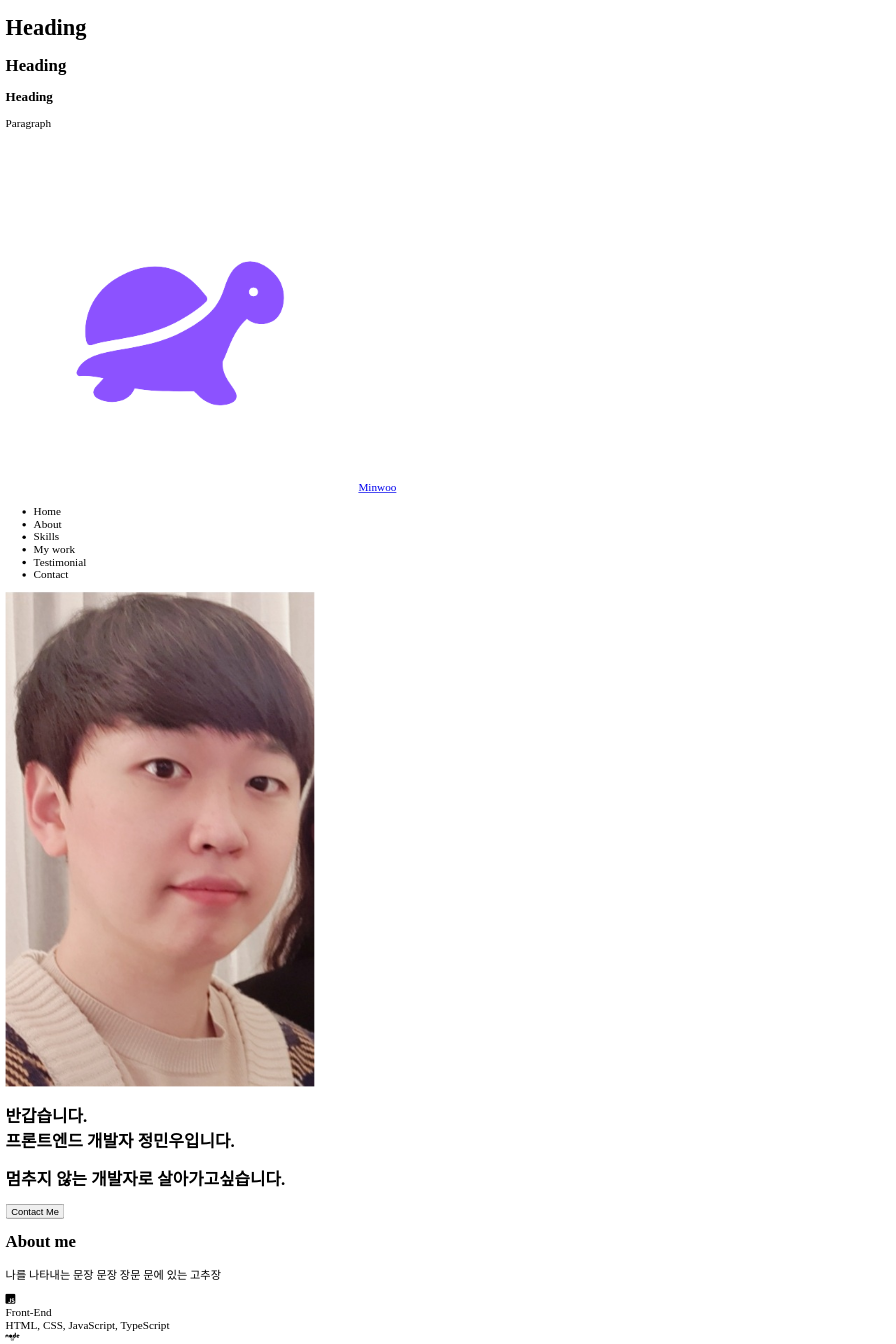
Repository: DevMinwoo-Jung/MinwooPortfolio
Page: index.html
An editor plug-in stored every save of this project. The page is shown before and after the next save, followed by the edit.
The browser window is 1280 px wide. The pictures show the part of the page from y = 0 to 1920 px (the page is 7226 px tall before and 7084 px after), at 70% of full size.

Above is the page before, as saved 2021-05-31 13:49:39.

### index.html
<!DOCTYPE html>
<html lang="en">
<head>
  <meta charset="UTF-8">
  <meta http-equiv="X-UA-Compatible" content="IE=edge">
  <meta name="viewport" content="width=device-width, initial-scale=1.0">
  <title>Minwoo's Portfolio</title>
  <meta name="description" content="(will be) world-renowned Front-End Web developer Minwoo">
  <meta name="author" content= "Minwoo Jung">
  <link rel="icon" type ="image/png" href="imgs/favicon.png">
  <link rel="stylesheet" href="https://use.fontawesome.com/releases/v5.15.3/css/all.css" integrity="sha384-SZXxX4whJ79/gErwcOYf+zWLeJdY/qpuqC4cAa9rOGUstPomtqpuNWT9wdPEn2fk" crossorigin="anonymous">
  <link rel="preconnect" href="https://fonts.gstatic.com">
<link href="https://fonts.googleapis.com/css2?family=Open+Sans:wght@400;600;700&display=swap" rel="stylesheet">
<link rel="stylesheet" href="style.css">
<script src="main.js" defer></script>
</head>
<body>
  <h1>Heading</h1>
  <h2>Heading</h2>
  <h3>Heading</h3>
  <p>Paragraph</p>
  <!-- Navbar -->
  <nav id="navbar">
    <div class="navbar__logo">
      <img src="imgs/favicon.png" alt="">
      <a href="#">Minwoo</a>
    </div>
      <ul class="nvabar__menu">
        <li class="navbar__menu__item">Home</li>
        <li class="navbar__menu__item">About</li>
        <li class="navbar__menu__item">Skills</li>
        <li class="navbar__menu__item">My work</li>
        <li class="navbar__menu__item">Testimonial</li>
        <li class="navbar__menu__item">Contact</li>
      </ul>
  </nav>
  <!-- Home -->
  <section id="home">
    <img src="imgs/myPhoto.jpg" alt="Minwoo's profile photo" class="home__avatar">
    <h1 class="home__title">반갑습니다. <br> 프론트엔드 개발자 정민우입니다.</h1>
    <h2 class="home__description">멈추지 않는 개발자로 살아가고싶습니다.</h2>
    <button class="home__contact">Contact Me</button>
  </section>
  <!-- About -->
  <section id="about">
    <h1>About me</h1>
    <p>나를 나타내는 문장 문장 장문 문에 있는 고추장</p>
    <div class="about__majors">
      <div class="major">
        <div class="major__icon">
          <i class="fab fa-js-square"></i>
        </div>
        <div class="major__title">Front-End</div>
        <div class="major__description">
          HTML, CSS, JavaScript, TypeScript
        </div>
      </div>
      <div class="major">
        <div class="major__icon">
          <i class="fab fa-node"></i>
        </div>
        <div class="major__title">Back-End</div>
        <div class="major__description">
          HTML, CSS, JavaScript, TypeScript
        </div>
      </div>
      <div class="major">
        <div class="major__icon">
          <i class="fab fa-react"></i>
        </div>
        <div class="major__title">Framework</div>
        <div class="major__description">
          HTML, CSS, JavaScript, TypeScript
        </div>
      </div>
    </div>
    <div class="aoubt__jobs">
      <img src="imgs/school.png" alt="" class="job__logo">
      <p class="job__period">쌍용교육센터 - 2019.09 ~ 2020.04</p>
      <img src="imgs/school.png" alt="" class="job__logo">
      <p class="job__period">호서대학교 - 2012.02 ~ 2017.02</p>
    </div>



  </section>
  <!-- Skills -->
  <section id="skills">
    <h1>Skills</h1>
    <h2>Skills & Attributes</h2>
    <p>
      나를 잘 포장할 말을 쓰면 된다
    </p>
    <div class="skillset">
      <div class="skillset__left">
        <h3 class="skillset__title">Skills</h3>
        <div class="skill">
          <div class="skill__description">
            <span>HTML</span>
            <span>90%</span>
          </div>
          <div class="skill__bar">
            <div class="skill__value"></div>
          </div>
        </div>
        <div class="skill">
          <div class="skill__description">
            <span>JavaScript</span>
            <span>90%</span>
          </div>
          <div class="skill__bar">
            <div class="skill__value"></div>
          </div>
        </div>
        <div class="skill">
          <div class="skill__description">
            <span>CSS</span>
            <span>90%</span>
          </div>
          <div class="skill__bar">
            <div class="skill__value"></div>
          </div>
        </div>
        <div class="skill">
          <div class="skill__description">
            <span>TypeScript</span>
            <span>90%</span>
          </div>
          <div class="skill__bar">
            <div class="skill__value"></div>
          </div>
        </div>
        <div class="skill">
          <div class="skill__description">
            <span>NodeJs</span>
            <span>90%</span>
          </div>
          <div class="skill__bar">
            <div class="skill__value"></div>
          </div>
        </div>
      </div>
      <div class="skillset__right">
        <div class="tools">
          <h3 class="skillset__title">Tools</h3>
          <ul class="tools__list">
            <li><span>Visual Studio Code</span></li>
            <li><span>1</span></li>
            <li><span>2</span></li>
            <li><span>3</span></li>
            <li><span>4</span></li>
          </ul>
        </div>
        <div class="etc">
          <h3 class="skillset__title">Etc</h3>
          <ul class="etc__list">
            <li><span>Git</span></li>
            <li><span>Etc</span></li>
          </ul>
        </div>
      </div>
    </div>
  </section>
  <!-- Work -->
  <section id="work">
    <h1>My work</h1>
    <h3>Projects</h3>
    <div class="work__categories">
      <button class="category__btn">All <span class="category__count">8</span></button>
      <button class="category__btn">Front-End <span class="category__count">3</span></button>
      <button class="category__btn">React <span class="category__count">2</span></button>
      <button class="category__btn">vanilaJs <span class="category__count">2</span></button>
      <button class="category__btn">nodeJs <span class="category__count">1</span></button>
    </div>
    <div class="wrok__projects">
      <a href="mygithub" class="project__img" target="blank" data-type="back-end">
      <img src="imgs/favicon.png" alt="project1">
      <!-- 이미지 추후에 넣자 -->
      <div class="project__description">
        <h3>Proejct</h3>
        <span>Clone coding with HTML and CSS</span>
      </div>
      </a>
      <a href="mygithub" class="project__img" target="blank" data-type="back-end">
        <img src="imgs/favicon.png" alt="project1">
        <!-- 이미지 추후에 넣자 -->
        <div class="project__description">
          <h3>Proejct</h3>
          <span>Clone coding with HTML and CSS</span>
        </div>
        </a>
        <a href="mygithub" class="project__img" target="blank" data-type="back-end">
          <img src="imgs/favicon.png" alt="project1">
          <!-- 이미지 추후에 넣자 -->
          <div class="project__description">
            <h3>Proejct</h3>
            <span>Clone coding with HTML and CSS</span>
          </div>
          </a>
          <a href="mygithub" class="project__img" target="blank" data-type="back-end">
            <img src="imgs/favicon.png" alt="project1">
            <!-- 이미지 추후에 넣자 -->
            <div class="project__description">
              <h3>Proejct</h3>
              <span>Clone coding with HTML and CSS</span>
            </div>
            </a>
    </div>
  </section>
  <!-- Testimonials -->
  <section id="testimonials">
    <h1>Testmonials</h1>
    <h3>See what they say about me</h3>
    <div class="testmonials">
      <div class="testimonial">
        <img src="imgs/testimonail/people.jpg" alt="" class="testimonial__avatar">
        <div class="testimonail__speech-bubble">
          <p>qmffkqmffk</p>
          <p class="name"><a href="">이름</a>일한곳</p>
        </div>
      </div>
      <div class="testimonial">
        <img src="imgs/testimonail/people.jpg" alt="" class="testimonial__avatar">
        <div class="testimonail__speech-bubble">
          <p>qmffkqmffk</p>
          <p class="name"><a href="">이름</a>일한곳</p>
        </div>
      </div>
    </div>
  </section>
  <!-- Contact -->
  <section id="contact">
    <h1 class="contact__title">Let's talk</h1>
    <h2 class="contact__email">applejung312@gmail.com</h2>
    <div class="contact__links">
      <a href="https://github.com/DevMinwoo-Jung" target="_blank">
        <i class="fab fa-github"></i>
      </a>
      <a href="https://dev-minwoo.tistory.com/" target="_blank">
        <i class="fas fa-blog"></i>
      </a>
    </div>
    <p class="contact__right">
      2021 Minwoo Jung - All rights reseverd
    </p>
  </section>
</body>
</html>

### style.css
/* Global */
:root {
  /* Color */
  --color-white: #ffffff;
  --color-light-white: #eeeeee;
  --color-dark-white: #bdbdbd;
  --color-pink: #fe918d;
  --color-dark-pink: #ff6863;
  --color-dark-grey: #4d4d4d;
  --color-grey: #616161;
  --color-light-grey: #7c7979;
  --color-blue: #73aace;
  --color-yellow: #fff7d1;
  --color-orange: #feb546;
  --color-black: #000000;

  /* Font size */
  --font-large: 48px;
  --font-medium: 28px;
  --font-regular: 18px;
  --font-small: 16px;
  --font-micro: 14px;

  /* Font weight */
  --weight-bold: 700;
  --weight-semi-bold: 600;
  --weight-regular: 400;

  /* Size */
}

/* Universal tags */
* {
  box-sizing: border-box;
}

/* Typography */

Loaded but not shown: main.js (no copy from this time; the picture is the same without it)

After the next save:
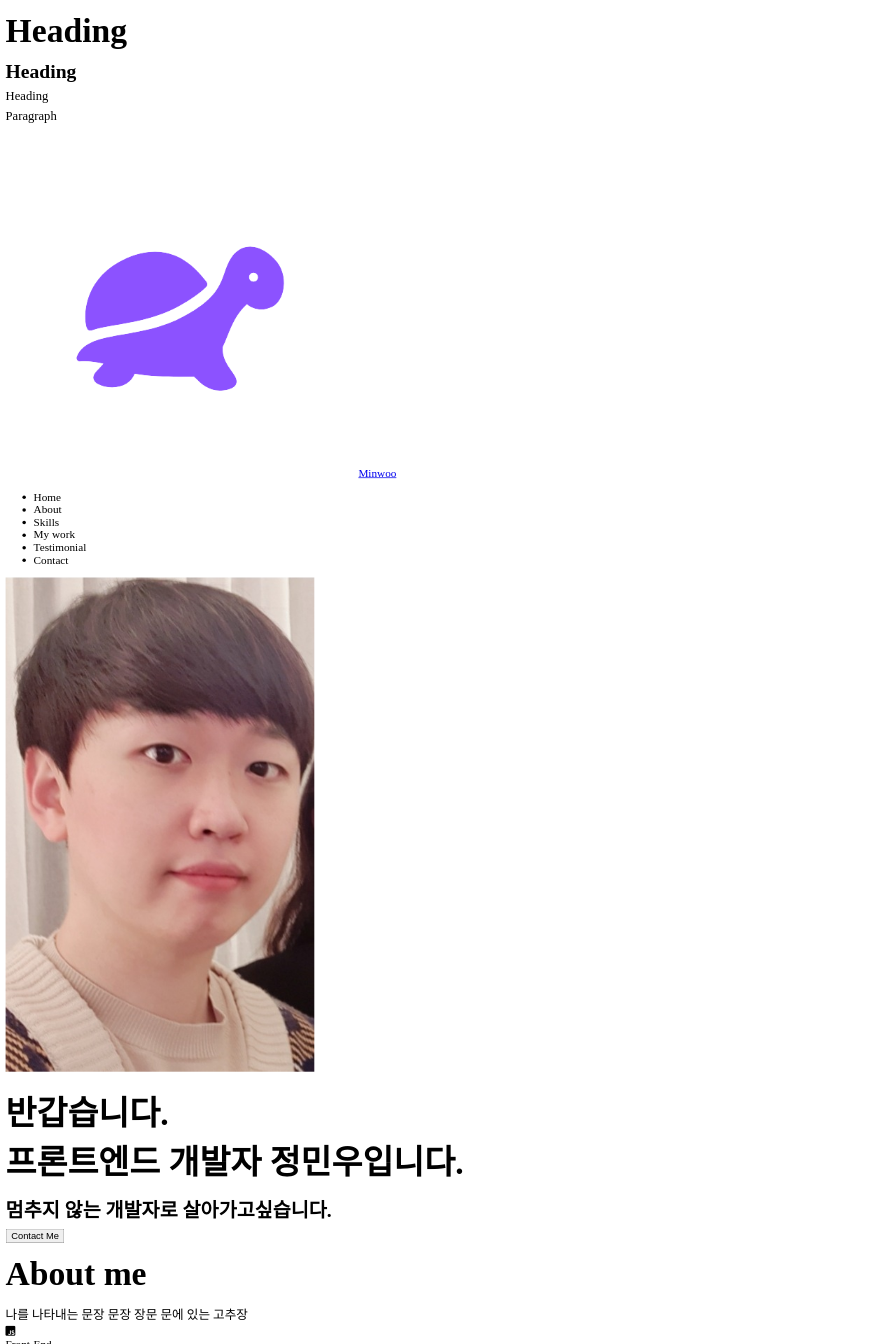
Saved 43 s later.
--- a/style.css
+++ b/style.css
@@ -35,3 +35,30 @@
 }
 
 /* Typography */
+h1 {
+  font-size: var(--font-large);
+  font-weight: var(--weight-bold);
+  color: var(--color-black);
+  margin: 16px 0px;
+}
+
+h2 {
+  font-size: var(--font-medium);
+  font-weight: var(--weight-semi-bold);
+  color: var(--color-black);
+  margin: 8px 0;
+}
+
+h3 {
+  font-size: var(--font-regular);
+  font-weight: var(--weight-regular);
+  color: var(--color-black);
+  margin: 8px 0;
+}
+
+p {
+  font-size: var(--font-regular);
+  font-weight: var(--weight-regular);
+  color: var(--color-black);
+  margin: 4px 0;
+}
